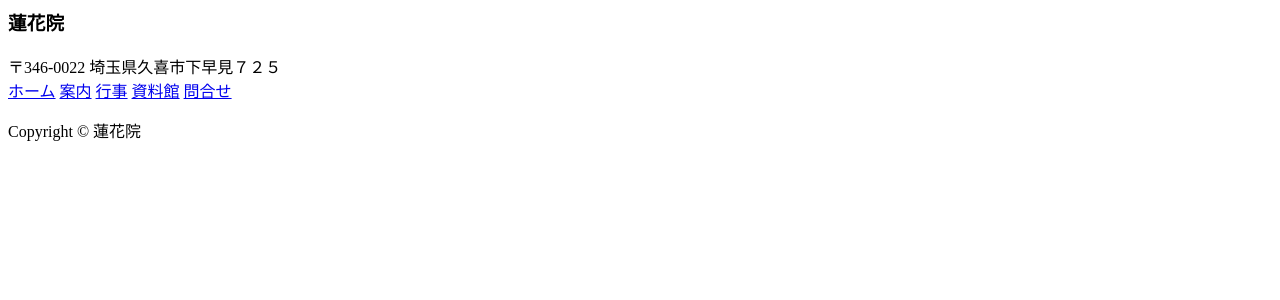
Repository: owl-onoueip/rengein-website
Page: footer.html
These files come from the project's save history. The page is drawn as it stood at one moment and after the next save; the edit follows.
The browser window is 1280 px wide. The pictures show the whole page.

Above is the page before, as saved 2025-03-10 14:00:49.

### footer.html
<footer>
    <div class="container">
        <div class="footer-content">
            <div class="footer-info">
                <h3 class="footer-title">蓮花院</h3>
                <div class="footer-address">〒346-0022 埼玉県久喜市下早見７２５</div>
            </div>
            <div class="footer-links">
                <a href="index.html"><i class="fas fa-home"></i>ホーム</a>
                <a href="about.html"><i class="fas fa-info-circle"></i>案内</a>
                <a href="events.html"><i class="fas fa-calendar-alt"></i>行事</a>
                <a href="museum.html"><i class="fas fa-landmark"></i>資料館</a>
                <a href="contact.html"><i class="fas fa-envelope"></i>問合せ</a>
            </div>
        </div>
        <div class="footer-copyright">
            <p>Copyright &copy; 蓮花院</p>
        </div>
    </div>
</footer>

After the next save:
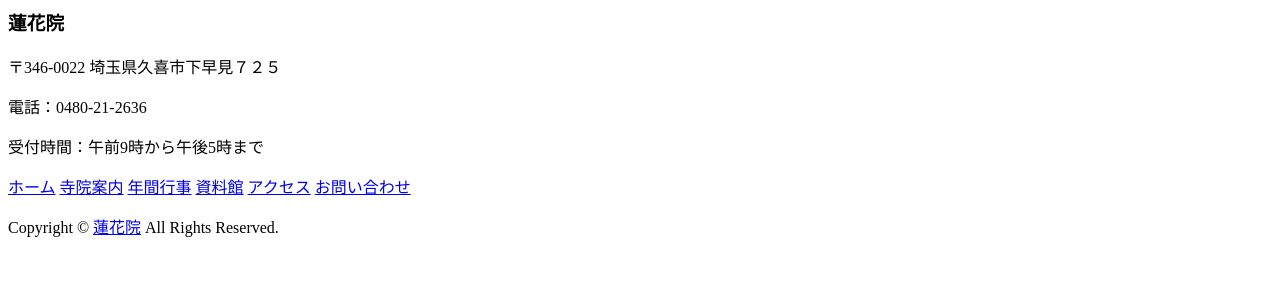
Saved 25 min 32 s later.
--- a/footer.html
+++ b/footer.html
@@ -3,18 +3,25 @@
         <div class="footer-content">
             <div class="footer-info">
                 <h3 class="footer-title">蓮花院</h3>
-                <div class="footer-address">〒346-0022 埼玉県久喜市下早見７２５</div>
+                <div class="footer-address">
+                    <p>〒346-0022 埼玉県久喜市下早見７２５</p>
+                    <p>電話：0480-21-2636</p>
+                    <p>受付時間：午前9時から午後5時まで</p>
+                </div>
             </div>
+
             <div class="footer-links">
-                <a href="index.html"><i class="fas fa-home"></i>ホーム</a>
-                <a href="about.html"><i class="fas fa-info-circle"></i>案内</a>
-                <a href="events.html"><i class="fas fa-calendar-alt"></i>行事</a>
-                <a href="museum.html"><i class="fas fa-landmark"></i>資料館</a>
-                <a href="contact.html"><i class="fas fa-envelope"></i>問合せ</a>
+                <a href="index.html"><i class="fas fa-home"></i> ホーム</a>
+                <a href="about.html"><i class="fas fa-info-circle"></i> 寺院案内</a>
+                <a href="events.html"><i class="fas fa-calendar-alt"></i> 年間行事</a>
+                <a href="museum.html"><i class="fas fa-landmark"></i> 資料館</a>
+                <a href="about.html#access"><i class="fas fa-map-marker-alt"></i> アクセス</a>
+                <a href="contact.html"><i class="fas fa-envelope"></i> お問い合わせ</a>
             </div>
         </div>
+
         <div class="footer-copyright">
-            <p>Copyright &copy; 蓮花院</p>
+            <p>Copyright &copy; <a href="index.html">蓮花院</a> All Rights Reserved.</p>
         </div>
     </div>
 </footer>
